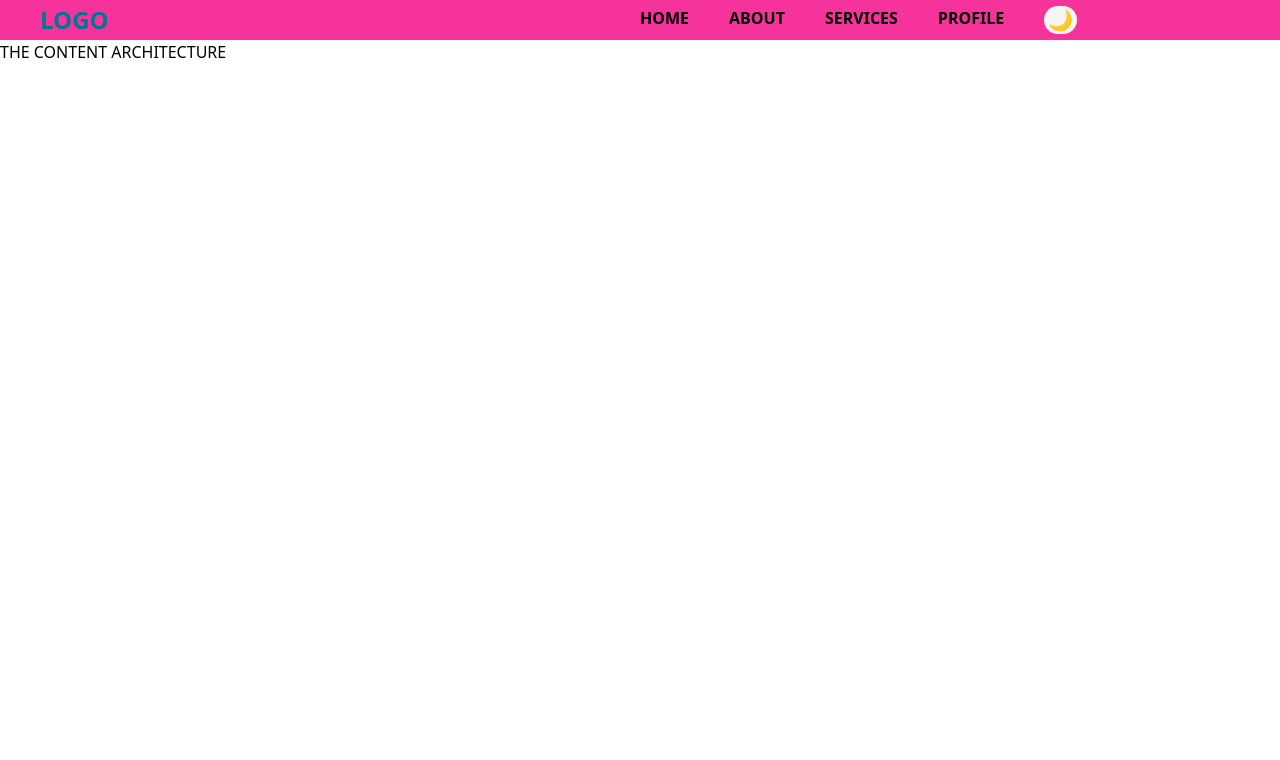
Repository: ajay-maurya-dev/Login
Page: /
These files come from the project's save history. The page is drawn as it stood at one moment and after a run of saves; the edit follows.
The browser window is 1280 px wide. The pictures show the whole page.
The project was rebuilt for these pictures with package versions that can differ from the ones it lists, and the page was loaded fresh each time. Also part of the build but not shown: vite.config.js.

Above is the page before, as saved 2026-10-23 16:01:46.

After the next 2 saves:
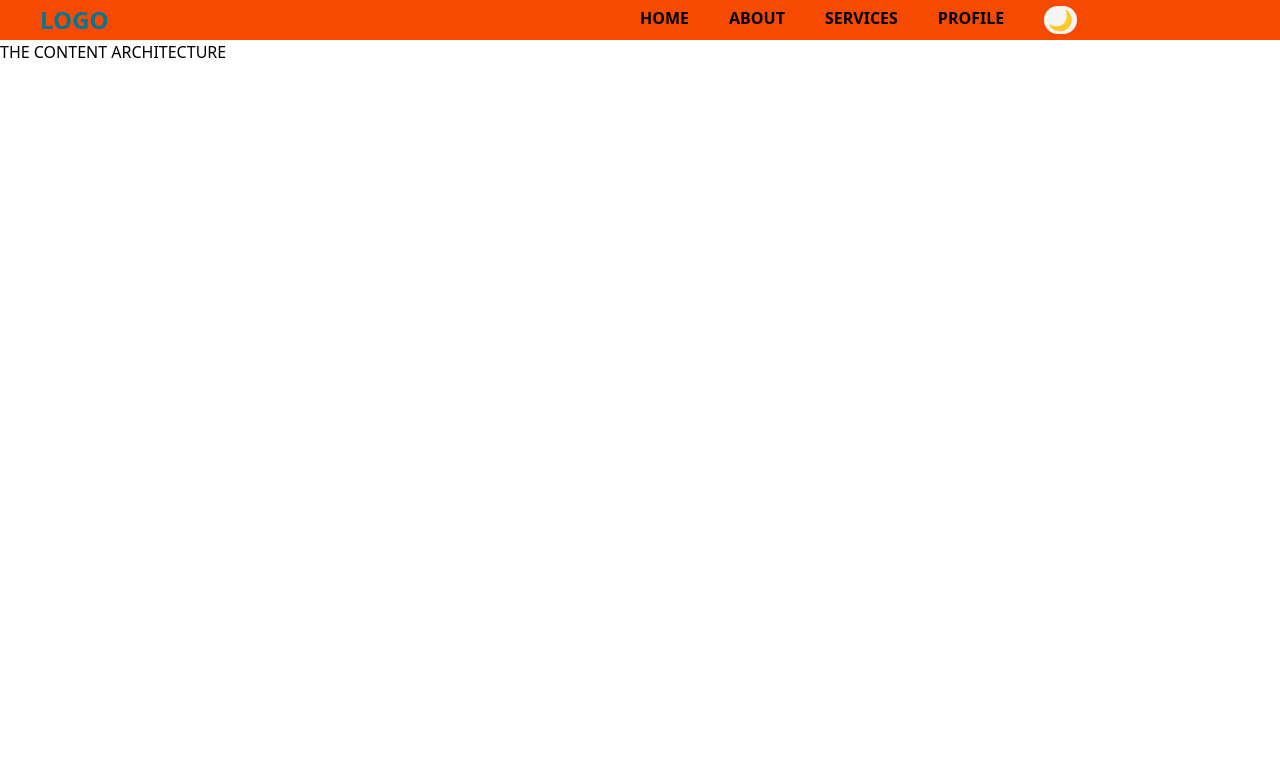
The 2 saves are shown as one change because they came seconds apart.
The last was saved 7 s later.
--- a/src/components/Navbar.jsx
+++ b/src/components/Navbar.jsx
@@ -5,7 +5,7 @@ function Navbar() {
 
 
   return (
-    <nav className="flex items-center w-full h-10 px-10 dark:bg-black dark:text-white md sm:bg-pink-500">
+    <nav className="flex items-center w-full h-10 px-10 dark:bg-black dark:text-white md:bg-orange-600 sm:bg-pink-500">
       <div className=" flex-1 text-2xl text-cyan-700 font-extrabold">LOGO</div>
       <div className="flex flex-1 gap-10 test-2xl font-bold">
         <h3 className="cursor-pointer hover:text-cyan-500 active:scale-95 ">
